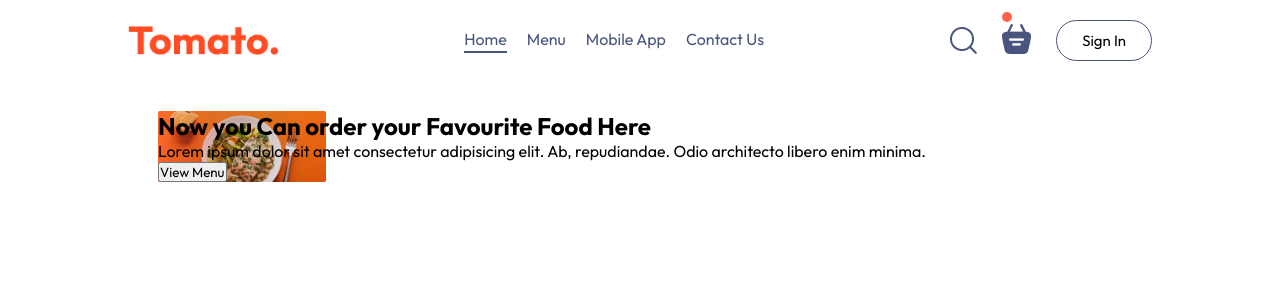
Repository: Attar786/Food-ordering-app
Page: / (app in frontend/)
The author's editor kept a copy of each file at every save. The page is drawn from the files as they stood at one save, then again after the next save.
The browser window is 1280 px wide. The pictures show the whole page.
The project was rebuilt for these pictures with package versions that can differ from the ones it lists, and the page was loaded fresh each time. Also part of the build but not shown: frontend/vite.config.js, frontend/src/pages/Cart/Cart.css, frontend/src/pages/Cart/Cart.jsx, frontend/src/pages/PlaceOrder/PlaceOrder.css, frontend/src/pages/PlaceOrder/PlaceOrder.jsx.

Above is the page before, as saved 2024-07-24 20:08:16.

After the next save:
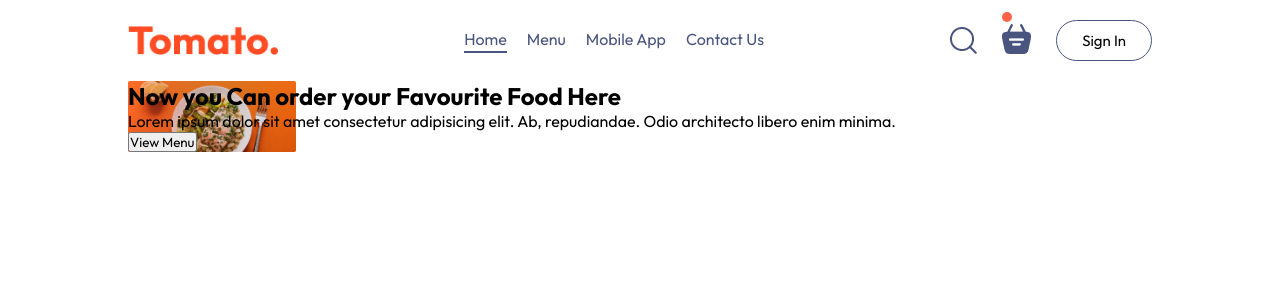
Saved 8 s later.
--- a/frontend/src/components/Header/Header.css
+++ b/frontend/src/components/Header/Header.css
@@ -1,6 +1,6 @@
 .header{
     /* height: 35vw; */
-    margin: 30px;
+    /* margin: 30px; */
     background: url('/header_img.png') no-repeat;
     background-size: contain;
     position: relative;

After the save that followed:
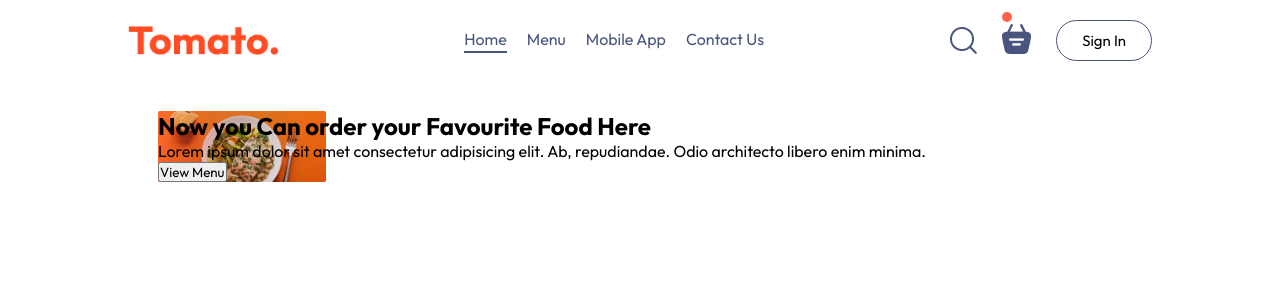
Saved 5 s later.
--- a/frontend/src/components/Header/Header.css
+++ b/frontend/src/components/Header/Header.css
@@ -1,6 +1,6 @@
 .header{
     /* height: 35vw; */
-    /* margin: 30px; */
+    margin: 30px;
     background: url('/header_img.png') no-repeat;
     background-size: contain;
     position: relative;
